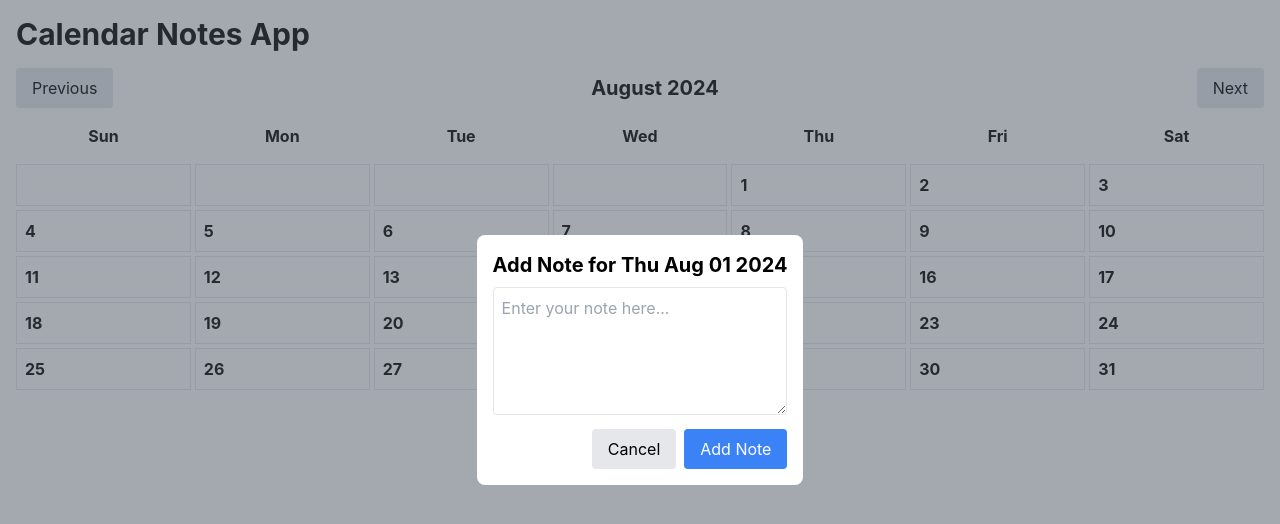
Repository: boogerjosh/Calendar-Notes-App
Page: /, after clicking the first element matching `div.cursor-pointer`
An editor plug-in stored every save of this project. The page is shown before and after the next save, followed by the edit.
The browser window is 1280 px wide. The pictures show the whole page.
The project was rebuilt for these pictures with package versions that can differ from the ones it lists, and the page was loaded fresh each time.

Above is the page before, as saved 2024-08-04 07:39:30.

### src/App.tsx
import React, { useState } from 'react';
import Calendar from './components/Calendar';
import NoteModal from './components/NoteModal';

interface Note {
  date: Date;
  content: string;
}

const App: React.FC = () => {
  const [selectedDate, setSelectedDate] = useState<Date | null>(null);
  const [notes, setNotes] = useState<Note[]>([]);
  const [isModalOpen, setIsModalOpen] = useState(false);

  const handleDateClick = (date: Date) => {
    setSelectedDate(date);
    setIsModalOpen(true);
  };

  const handleAddNote = (content: string) => {
    if (selectedDate) {
      setNotes([...notes, { date: selectedDate, content }]);
      setIsModalOpen(false);
    }
  };

  return (
    <div className="container mx-auto p-4">
      <h1 className="text-3xl font-bold mb-4">Calendar Notes App</h1>
      <Calendar onDateClick={handleDateClick} notes={notes} />
      {isModalOpen && selectedDate && (
        <NoteModal
          date={selectedDate}
          onClose={() => setIsModalOpen(false)}
          onAddNote={handleAddNote}
        />
      )}
    </div>
  );
};

export default App;

### src/components/Calendar.tsx
import React, { useState } from 'react';

interface CalendarProps {
  onDateClick: (date: Date) => void;
  notes: { date: Date; content: string }[];
}

const Calendar: React.FC<CalendarProps> = ({ onDateClick, notes }) => {
  const [currentDate, setCurrentDate] = useState(new Date());
  const monthNames = ["January", "February", "March", "April", "May", "June", "July", "August", "September", "October", "November", "December"];

  const getDaysInMonth = (year: number, month: number) => {
    return new Date(year, month + 1, 0).getDate();
  };

  const getFirstDayOfMonth = (year: number, month: number) => {
    return new Date(year, month, 1).getDay();
  };

  const renderCalendarDays = () => {
    const year = currentDate.getFullYear();
    const month = currentDate.getMonth();
    const daysInMonth = getDaysInMonth(year, month);
    const firstDayOfMonth = getFirstDayOfMonth(year, month);

    const days = [];

    // Add empty cells for days before the first day of the month
    for (let i = 0; i < firstDayOfMonth; i++) {
      days.push(<div key={`empty-${i}`} className="p-2 border"></div>);
    }

    // Add cells for each day of the month
    for (let i = 1; i <= daysInMonth; i++) {
      const date = new Date(year, month, i);
      const hasNote = notes.some(note => note.date.toDateString() === date.toDateString());

      days.push(
        <div
          key={i}
          className={`p-2 border cursor-pointer hover:bg-gray-100 ${hasNote ? 'bg-blue-100' : ''}`}
          onClick={() => onDateClick(date)}
        >
          <span className="font-bold">{i}</span>
          {hasNote && <div className="w-2 h-2 bg-blue-500 rounded-full ml-1 inline-block"></div>}
        </div>
      );
    }

    return days;
  };

  const navigateMonth = (direction: 'prev' | 'next') => {
    setCurrentDate(prevDate => {
      const newDate = new Date(prevDate);
      if (direction === 'prev') {
        newDate.setMonth(prevDate.getMonth() - 1);
      } else {
        newDate.setMonth(prevDate.getMonth() + 1);
      }
      return newDate;
    });
  };

  return (
    <div>
      <div className="flex justify-between items-center mb-4">
        <button onClick={() => navigateMonth('prev')} className="px-4 py-2 bg-gray-200 rounded">
          Previous
        </button>
        <h2 className="text-xl font-bold">
          {monthNames[currentDate.getMonth()]} {currentDate.getFullYear()}
        </h2>
        <button onClick={() => navigateMonth('next')} className="px-4 py-2 bg-gray-200 rounded">
          Next
        </button>
      </div>
      <div className="grid grid-cols-7 gap-1 mb-4">
        {['Sun', 'Mon', 'Tue', 'Wed', 'Thu', 'Fri', 'Sat'].map(day => (
          <div key={day} className="font-bold text-center">{day}</div>
        ))}
      </div>
      <div className="grid grid-cols-7 gap-1">
        {renderCalendarDays()}
      </div>
    </div>
  );
};

export default Calendar;

### src/components/NoteModal.tsx
import React, { useState } from 'react';

interface NoteModalProps {
  date: Date;
  onClose: () => void;
  onAddNote: (content: string) => void;
}

const NoteModal: React.FC<NoteModalProps> = ({ date, onClose, onAddNote }) => {
  const [noteContent, setNoteContent] = useState('');

  const handleSubmit = (e: React.FormEvent) => {
    e.preventDefault();
    onAddNote(noteContent);
    setNoteContent('');
  };

  return (
    <div className="fixed inset-0 bg-gray-600 bg-opacity-50 flex justify-center items-center">
      <div className="bg-white p-4 rounded-lg">
        <h2 className="text-xl font-bold mb-2">Add Note for {date.toDateString()}</h2>
        <form onSubmit={handleSubmit}>
          <textarea
            className="w-full h-32 p-2 border rounded"
            value={noteContent}
            onChange={(e) => setNoteContent(e.target.value)}
            placeholder="Enter your note here..."
          ></textarea>
          <div className="mt-2 flex justify-end">
            <button
              type="button"
              className="px-4 py-2 bg-gray-200 rounded mr-2"
              onClick={onClose}
            >
              Cancel
            </button>
            <button
              type="submit"
              className="px-4 py-2 bg-blue-500 text-white rounded"
            >
              Add Note
            </button>
          </div>
        </form>
      </div>
    </div>
  );
};

export default NoteModal;

Loaded but not shown: public/index.html (common file); src/index.tsx (common file); src/index.css (common file); src/reportWebVitals.ts (common file); tailwind.config.js (common file)

After the next save:
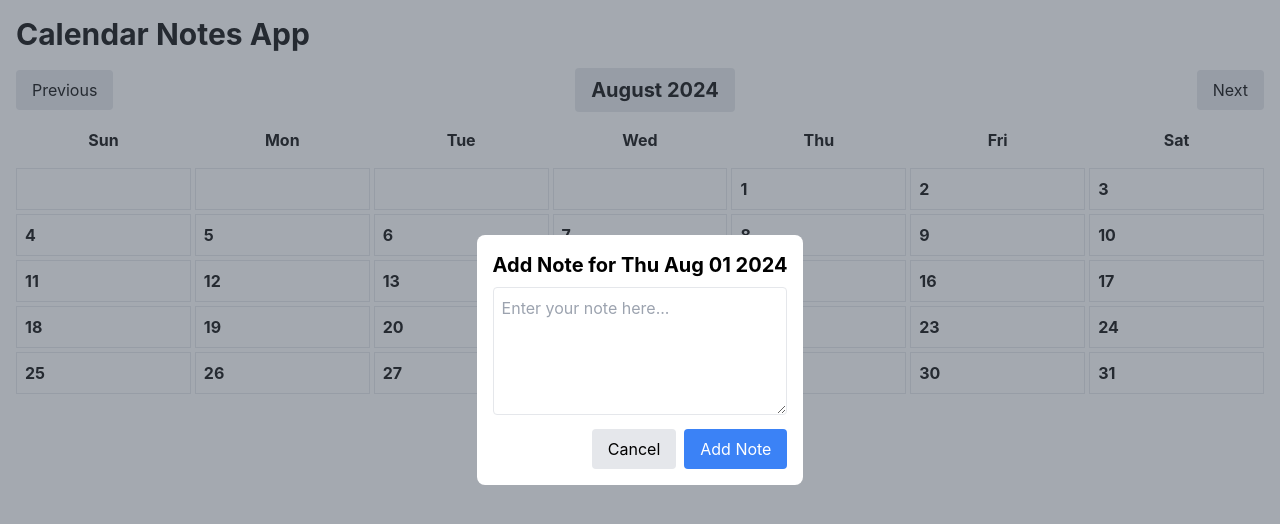
Saved 109 s later.
--- a/src/components/Calendar.tsx
+++ b/src/components/Calendar.tsx
@@ -7,6 +7,7 @@ interface CalendarProps {
 
 const Calendar: React.FC<CalendarProps> = ({ onDateClick, notes }) => {
   const [currentDate, setCurrentDate] = useState(new Date());
+  const [isMonthSelectorVisible, setIsMonthSelectorVisible] = useState(false);
   const monthNames = ["January", "February", "March", "April", "May", "June", "July", "August", "September", "October", "November", "December"];
 
   const getDaysInMonth = (year: number, month: number) => {
@@ -62,15 +63,46 @@ const Calendar: React.FC<CalendarProps> = ({ onDateClick, notes }) => {
     });
   };
 
+  const handleMonthClick = () => {
+    setIsMonthSelectorVisible(!isMonthSelectorVisible);
+  };
+
+  const handleMonthSelect = (monthIndex: number) => {
+    setCurrentDate(new Date(currentDate.getFullYear(), monthIndex, 1));
+    setIsMonthSelectorVisible(false);
+  };
+
+  const renderMonthSelector = () => {
+    return (
+      <div className="absolute top-full left-0 bg-white border shadow-lg rounded-lg p-2 grid grid-cols-3 gap-2">
+        {monthNames.map((month, index) => (
+          <button
+            key={month}
+            onClick={() => handleMonthSelect(index)}
+            className="px-2 py-1 text-sm hover:bg-gray-100 rounded"
+          >
+            {month}
+          </button>
+        ))}
+      </div>
+    );
+  };
+
   return (
     <div>
       <div className="flex justify-between items-center mb-4">
         <button onClick={() => navigateMonth('prev')} className="px-4 py-2 bg-gray-200 rounded">
           Previous
         </button>
-        <h2 className="text-xl font-bold">
-          {monthNames[currentDate.getMonth()]} {currentDate.getFullYear()}
-        </h2>
+        <div className="relative">
+          <button
+            onClick={handleMonthClick}
+            className="text-xl font-bold px-4 py-2 bg-gray-200 rounded"
+          >
+            {monthNames[currentDate.getMonth()]} {currentDate.getFullYear()}
+          </button>
+          {isMonthSelectorVisible && renderMonthSelector()}
+        </div>
         <button onClick={() => navigateMonth('next')} className="px-4 py-2 bg-gray-200 rounded">
           Next
         </button>
